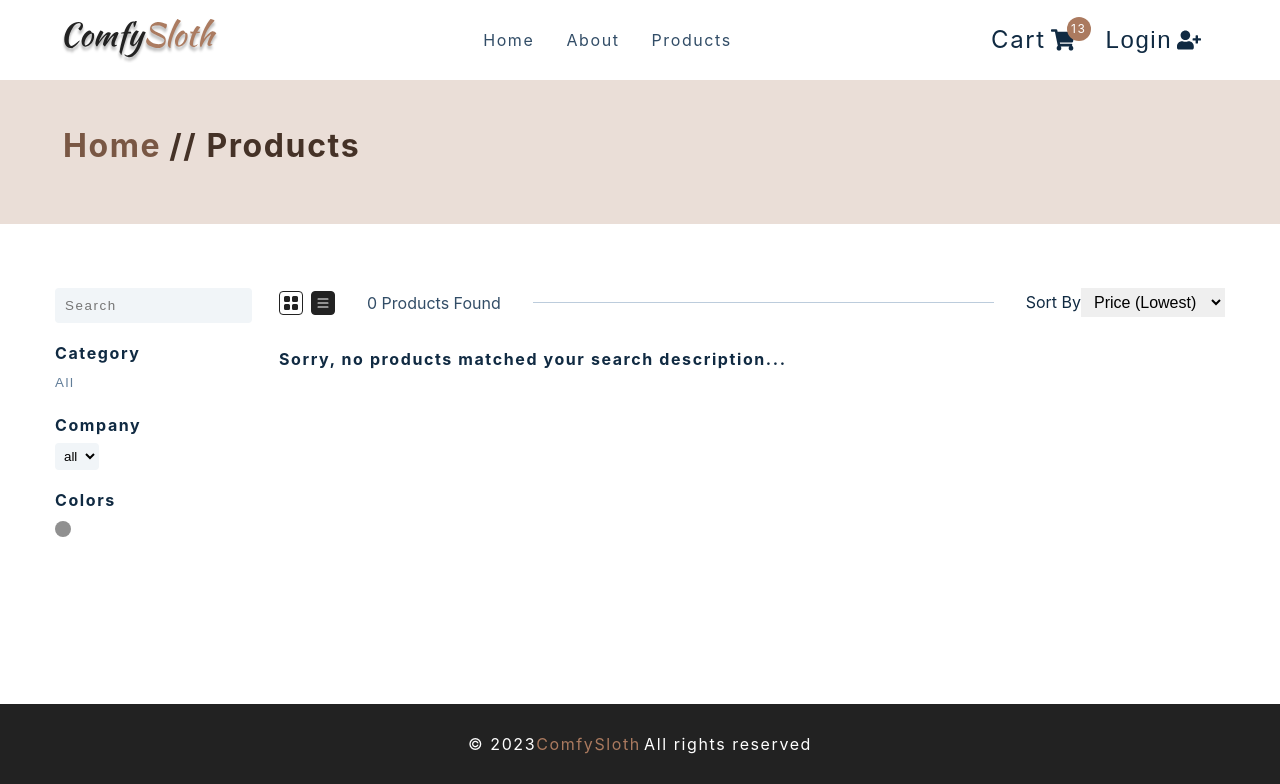
Repository: Maryie-B/React-Practice-Projects
Page: /products (app in Comfy Sloth - Furniture Website/)
These files come from the project's save history. The page is drawn as it stood at one moment and after the next save; the edit follows.
The browser window is 1280 px wide. The pictures show the whole page.
The page's requests for data from a server got no answer. The project was rebuilt for these pictures with package versions that can differ from the ones it lists, and the page was loaded fresh each time. No one was signed in, and anything a server would have sent is missing. Also part of the build but not shown: Comfy Sloth - Furniture Website/src/components/Error.js, Comfy Sloth - Furniture Website/src/components/Loading.js, Comfy Sloth - Furniture Website/src/components/FeaturedProducts.js, Comfy Sloth - Furniture Website/src/reducers/cart_reducer.js, Comfy Sloth - Furniture Website/src/context/cart_context.js, Comfy Sloth - Furniture Website/src/context/user_context.js, Comfy Sloth - Furniture Website/src/components/Hero.js, Comfy Sloth - Furniture Website/src/components/Services.js and 18 more. Imported but missing from the stored project, and not drawn on this page: Comfy Sloth - Furniture Website/src/components/GridView, Comfy Sloth - Furniture Website/src/components/Product.

Above is the page before, as saved 2023-06-21 17:51:31.

After the next save:
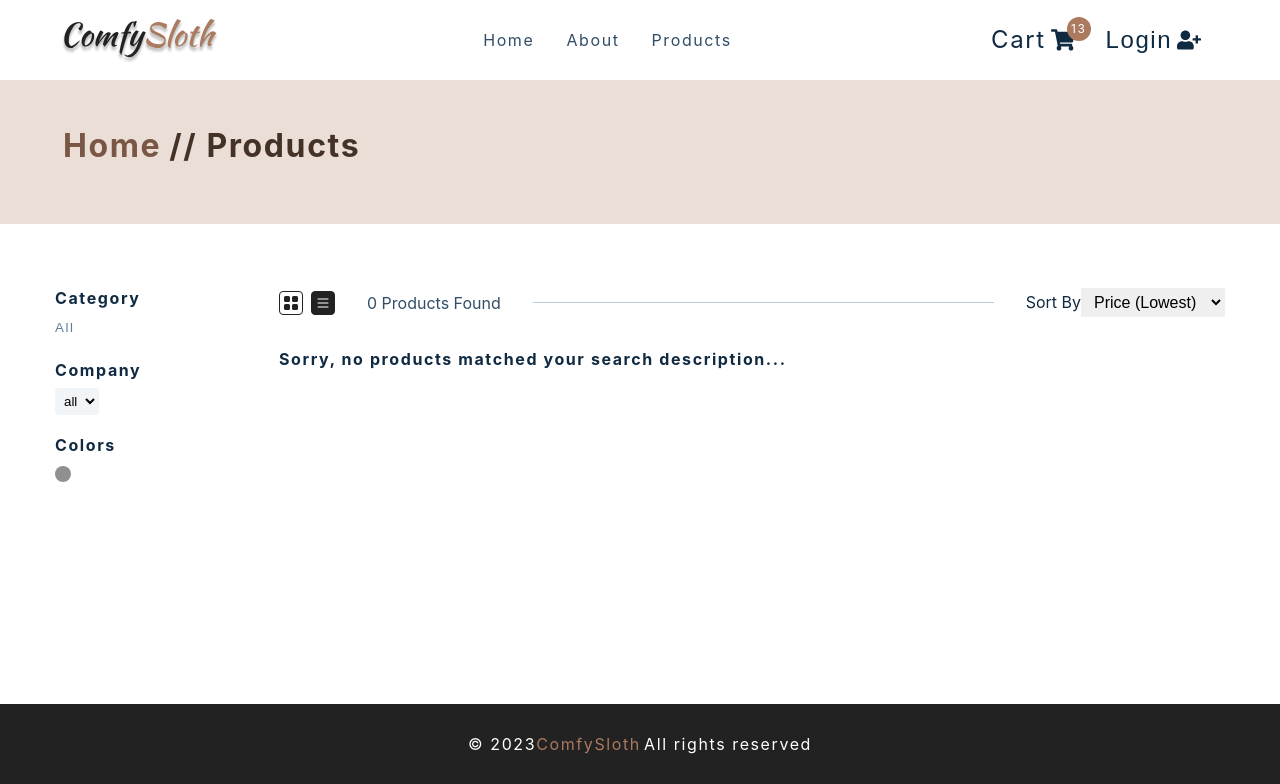
Saved 107 s later.
--- a/Comfy Sloth - Furniture Website/src/components/Filters.js
+++ b/Comfy Sloth - Furniture Website/src/components/Filters.js
@@ -14,14 +14,14 @@
   return <Wrapper>
     <div className="content">
       <form onSubmit={(e) => e.preventDefault()}>
-        <div className="form-control">
+        {/* <div className="form-control">
           <input type="text" name="text" placeholder='search' className='search-input' value={text} onChange={updateFilters}/>
-        </div>
+        </div> */}
         <div className="form-control">
           <h5>category</h5>
           <div>
             {categories.map((c, index) => {
-              return <button key={index}onClick={updateFilters} type='button' name='category' className={`${category === c.toLowerCase() ? 'active' : null}`}>{c}</button>
+              return <button key={index} onClick={updateFilters} type='button' name='category' className={`${category === c.toLowerCase() ? 'active' : null}`}>{c}</button>
             })}
           </div>
         </div>

After the 2 saves that followed:
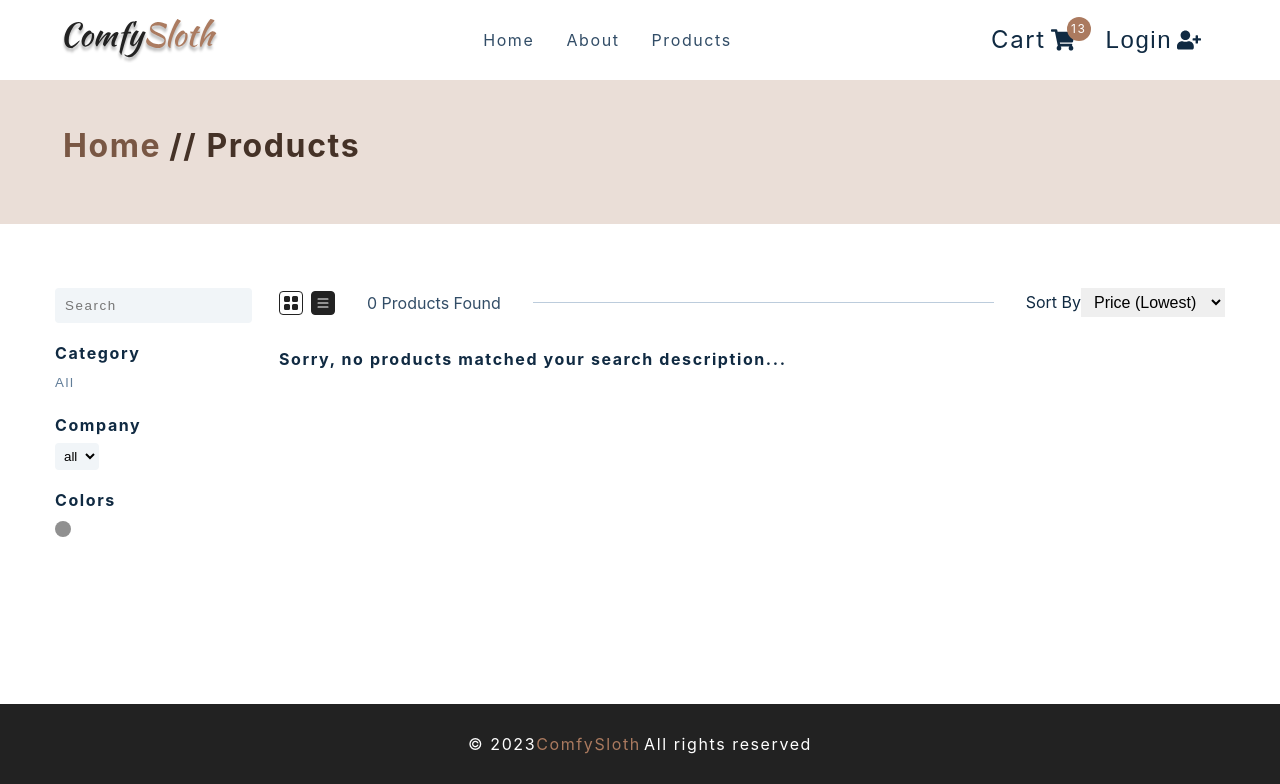
The 2 saves are shown as one change because 1 left the picture as it was.
The last was saved 2 min 35 s later.
--- a/Comfy Sloth - Furniture Website/src/reducers/filter_reducer.js
+++ b/Comfy Sloth - Furniture Website/src/reducers/filter_reducer.js
@@ -48,7 +48,7 @@ const filter_reducer = (state, action) => {
       return {...state, filters: {...state.filters, [name]: value}};
     }
     if (action.type === FILTER_PRODUCTS) {
-      console.log(action);
+      return {...state};
     }
 
     return {...state, filtered_products: tempProducts }
--- a/Comfy Sloth - Furniture Website/src/components/Filters.js
+++ b/Comfy Sloth - Furniture Website/src/components/Filters.js
@@ -14,9 +14,9 @@
   return <Wrapper>
     <div className="content">
       <form onSubmit={(e) => e.preventDefault()}>
-        {/* <div className="form-control">
+        <div className="form-control">
           <input type="text" name="text" placeholder='search' className='search-input' value={text} onChange={updateFilters}/>
-        </div> */}
+        </div>
         <div className="form-control">
           <h5>category</h5>
           <div>
